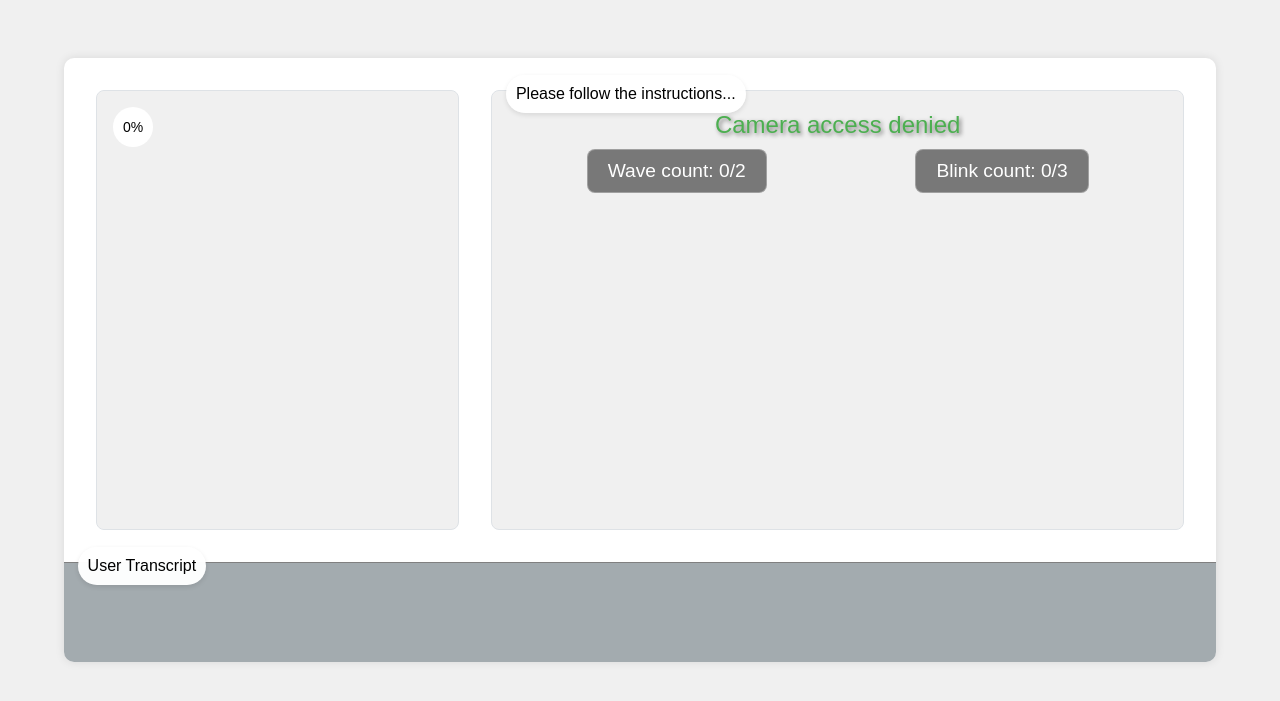
Repository: Ayaanns/E-kyc-BE-project
Page: http://localhost/
An editor plug-in stored every save of this project. The page is shown before and after the next save, followed by the edit.
The browser window is 1280 px wide. The pictures show the whole page.
The page is served by the project's application, run on Django 4.2 (manage.py). A made-up administrator, testuser (Test User, test@example.com), is signed in. Other server files are loaded and not shown.

Above is the page before, as saved 2025-03-02 02:24:17.

### templates/home.html
<!DOCTYPE html>
<html lang="en">
<head>
    {% load static %}
    <meta charset="UTF-8">
    <meta name="viewport" content="width=device-width, initial-scale=1.0">
    <link rel="stylesheet" href="{% static 'styles.css' %}">
    <style>
        .webcam-feed {
            position: relative;
            width: 100%;
            height: auto;
        }

        .webcam-feed video {
            position: relative;
            width: 100%;
            height: auto;
            border-radius: 15px;
            object-fit: cover;
            top: 0;
            left: 0;
            bottom: -1;
        }

        /* Overlay container for status indicators */
        .status-overlay {
            position: absolute;
            top: 0;
            left: 0;
            right: 0;
            z-index: 10;
            padding: 20px;
            /* background: linear-gradient(to bottom, rgba(0,0,0,0.7) 0%, transparent 100%); */
            border-radius: 15px 15px 0 0;
        }

        .status-indicators {
            display: flex;
            justify-content: space-around;
            margin: 10px 0;
            font-size: 1.2em;
        }

        .status-box {
            background: rgba(0,0,0,0.5);
            padding: 10px 20px;
            border-radius: 8px;
            text-align: center;
            color: white;
            border: 1px solid rgba(255,255,255,0.3);
        }

        .verification-message {
            font-size: 1.5em;
            color: #4caf50;
            text-align: center;
            margin: 0 0 10px 0;
            text-shadow: 2px 2px 4px rgba(0,0,0,0.5);
        }

        .questions {
            position: absolute;
            /* bottom: 20px; */
            /* left: 0;
            right: 0; */
            text-align: center;
            color: rgb(0, 0, 0);
            background: rgba(255, 255, 255, 0.973);
            padding: 10px;
            margin: 0 20px;
            /* border-radius: 8px; */
        }
    </style>
</head>
<body>
    <div class="container">
        <div class="content">
            <div class="result-feed">
                <div class="completion-circle" id="completion-circle">0%</div>
            </div>
            <div class="webcam-feed">
                <video id="webcam" autoplay></video>
                <div class="status-overlay">
                    <div class="verification-message" id="messageText">Starting verification...</div>
                    <div class="status-indicators">
                        <div class="status-box">
                            Wave count: <span id="waveCount">0</span>/2
                        </div>
                        <div class="status-box">
                            Blink count: <span id="blinkCount">0</span>/3
                        </div>
                    </div>
                </div>
                <canvas id="canvasElement" style="display:none;"></canvas>
                <div class="questions" id="questions">Please follow the instructions...</div>
            </div>
        </div>
        <div class="transcript-section">
            <span class="questions">User Transcript</span>
            <p id="transcript"></p>
        </div>
    </div>

    <script>
        // Existing initialization code
        const video = document.getElementById('webcam');
        const canvas = document.getElementById('canvasElement');
        const ctx = canvas.getContext('2d');
        let verificationComplete = false;

        // Initialize webcam with human verification
        async function initCamera() {
            try {
                const stream = await navigator.mediaDevices.getUserMedia({ video: true });
                video.srcObject = stream;
                startVerificationProcess();
            } catch (err) {
                console.error("Error accessing camera:", err);
                document.getElementById('messageText').textContent = "Camera access denied";
            }
        }

        // Process frames for verification
        function processFrame() {
            if (verificationComplete) return;

            if (video.readyState === video.HAVE_ENOUGH_DATA) {
                canvas.width = video.videoWidth;
                canvas.height = video.videoHeight;
                ctx.drawImage(video, 0, 0);

                const frameData = canvas.toDataURL('image/jpeg');

                // Update the fetch URL to match the Django URL pattern
                fetch('{% url "process_frame" %}', {
                    method: 'POST',
                    headers: {
                        'Content-Type': 'application/json',
                        'X-CSRFToken': getCookie('csrftoken')
                    },
                    body: JSON.stringify({
                        frame: frameData
                    })
                })
                .then(response => response.json())
                .then(data => {
                    updateVerificationUI(data);
                    if (!data.phase_complete) {
                        requestAnimationFrame(processFrame);
                    }
                })
                .catch(err => {
                    console.error("Error:", err);
                    requestAnimationFrame(processFrame);
                });
            } else {
                requestAnimationFrame(processFrame);
            }
        }

        // Update UI with verification status
        function updateVerificationUI(data) {
            document.getElementById('messageText').textContent = data.message;
            document.getElementById('waveCount').textContent = data.wave_count;
            document.getElementById('blinkCount').textContent = data.blink_count;

            // Calculate completion percentage
            const totalSteps = 5; // 2 waves + 3 blinks
            const completedSteps = data.wave_count + data.blink_count;
            const percentage = Math.round((completedSteps / totalSteps) * 100);
            updateProgressCircle(percentage);

            if (data.phase_complete) {
                verificationComplete = true;
                startNLPProcess();
            }
        }

        // Existing helper functions
        function updateProgressCircle(percentage) {
            const circle = document.getElementById('completion-circle');
            circle.textContent = percentage + '%';
            circle.style.background = `conic-gradient(#4caf50 ${percentage * 3.6}deg, #ddd ${percentage * 3.6}deg)`;
        }

        function updateTranscript(data) {
            const transcript = document.getElementById('transcript');
            transcript.textContent = `First Name: ${data.first_name}, Last Name: ${data.last_name}, Age: ${data.age}, Phone: ${data.phone}`;
        }

        function askQuestion(question) {
            const questionsDiv = document.getElementById('questions');
            questionsDiv.textContent = question;
        }

        function startVerificationProcess() {
            document.getElementById('messageText').textContent = "Wave your hand to begin";
            processFrame();
        }

        // Modified startNLPProcess
        function startNLPProcess() {
            document.getElementById('messageText').textContent = "Verification complete! Starting voice recognition...";
            fetch('/nlp_process/')
                .then(response => response.json())
                .then(data => {
                    if (data.status === 'success') {
                        updateTranscript(data);
                        askQuestion("NLP process complete.");
                    } else {
                        askQuestion("NLP process failed.");
                    }
                })
                .catch(error => console.error('Error:', error));
        }

        // Get CSRF token
        function getCookie(name) {
            let cookieValue = null;
            if (document.cookie && document.cookie !== '') {
                const cookies = document.cookie.split(';');
                for (let i = 0; i < cookies.length; i++) {
                    const cookie = cookies[i].trim();
                    if (cookie.substring(0, name.length + 1) === (name + '=')) {
                        cookieValue = decodeURIComponent(cookie.substring(name.length + 1));
                        break;
                    }
                }
            }
            return cookieValue;
        }

        // Start the process
        document.addEventListener('DOMContentLoaded', (event) => {
            initCamera();
        });
    </script>
</body>
</html>

### ekyc/models.py
from django.db import models
from django.contrib.auth.models import AbstractBaseUser, PermissionsMixin, BaseUserManager
from django.utils import timezone
import random

class CustomUserManager(BaseUserManager):
    def create_user(self, email, username, password=None, **extra_fields):
        if not email:
            raise ValueError("The Email field must be set")
        email = self.normalize_email(email)
        user = self.model(email=email, username=username, **extra_fields)
        user.set_password(password)
        user.save(using=self._db)
        return user

    def create_superuser(self, email, username, password=None, **extra_fields):
        #extra_fields.setdefault('is_staff', True)
        extra_fields.setdefault('is_superuser', True)

        # if not extra_fields.get('is_staff'):
        #     raise ValueError("Superuser must have is_staff=True.")
        if not extra_fields.get('is_superuser'):
            raise ValueError("Superuser must have is_superuser=True.")

        return self.create_user(email, username, password, **extra_fields)

class CustomUser(AbstractBaseUser, PermissionsMixin):
    email = models.EmailField(unique=True)
    username = models.CharField(max_length=150, unique=True)
    is_active = models.BooleanField(default=True)
    pin = models.CharField(max_length=6)
    created_at = models.DateTimeField(auto_now_add=True)
    expires_at = models.DateTimeField(default=timezone.now)
    is_verified = models.BooleanField(default=True)

    objects = CustomUserManager()

    USERNAME_FIELD = 'email'
    REQUIRED_FIELDS = ['username']

    def __str__(self):
        return self.email


    def generate_pin(self):
        self.pin = str(random.randint(100000, 999999))
        self.expires_at = timezone.now() + timezone.timedelta(minutes=2)
        self.save()
        return self.pin

    def verify_pin(self, entered_pin):
        if timezone.now() > self.expires_at:
            return False, "PIN has Expired!"

        if self.pin != entered_pin:
            return False, "Incorrect PIN!"

        self.is_verified = True
        self.save()
        return True, "Email Successfully Verified!"


#models for sending the code and receving the code.
# class SendCode(models.Model): #for sending the code
#     email = models.OneToOneField(CustomUser, null=True, on_delete=models.CASCADE)
#     send_code = models.CharField(max_length=20)
#
#     def __str__(self):
#         return self.send_code
#
# class ReceivedCode(models.Model): #for sending the code
#     email = models.OneToOneField(CustomUser, null=True, on_delete=models.CASCADE)
#     receive_code = models.CharField(max_length=20)
#
#     def __str__(self):
#         return self.receive_code

# Create your models here.
class KYCSession(models.Model):
    name = models.CharField(max_length=100)
    birth_date = models.DateField()
    id_card_image = models.ImageField(upload_to='id_cards/')
    liveness_score = models.FloatField()
    result = models.TextField()
    created_at = models.DateTimeField(auto_now_add=True)

    def __str__(self):
        return self.name

### ekyc_project/urls.py
"""
URL configuration for ekyc_project project.

The `urlpatterns` list routes URLs to views. For more information please see:
    https://docs.djangoproject.com/en/4.2/topics/http/urls/
Examples:
Function views
    1. Add an import:  from my_app import views
    2. Add a URL to urlpatterns:  path('', views.home, name='home')
Class-based views
    1. Add an import:  from other_app.views import Home
    2. Add a URL to urlpatterns:  path('', Home.as_view(), name='home')
Including another URLconf
    1. Import the include() function: from django.urls import include, path
    2. Add a URL to urlpatterns:  path('blog/', include('blog.urls'))
"""

from django.contrib import admin
from django.urls import path, include

urlpatterns = [
    path("admin/", admin.site.urls),
    path('', include('ekyc.urls')),  # Include ekyc app URLs
]

### ekyc/urls.py
from django.urls import path
from . import views

urlpatterns = [
    path('', views.ekyc_home, name="ekyc_home"),
    path('process_video/', views.process_video, name="process_video"),
    path('process_id_card/', views.process_id_card, name="process_id_card"),
    path('human_verification/', views.human_verification, name='human_verification'),
    path('nlp_process/', views.nlp_process, name='nlp_process'),
    path('ocr_process/', views.ocr_process, name='ocr_process'),
    path('process_frame/', views.process_frame, name='process_frame'),
    path('capture_photo/', views.capture_photo, name='capture_photo'),

    #login related routes
    path('login/', views.Login.as_view(), name="login"),
    path('signup/', views.signup_view, name="signup"),
    path('verify/', views.verify_pin, name="verify_pin"),
]

### ekyc/static/styles.css
* {
    margin: 0;
    padding: 0;
    box-sizing: border-box;
}

body {
    font-family: Arial, sans-serif;
    background-color: #f0f0f0;
    height: 100vh;
    display: flex;
    justify-content: center;
    align-items: center;
}

.container {
    width: 90%;
    max-width: 1200px;
    background: white;
    border-radius: 10px;
    box-shadow: 0 0 10px rgba(0,0,0,0.1);
    overflow: hidden;
}

.navbar {
    background: #f8f9fa;
    padding: 1rem;
    border-bottom: 1px solid #dee2e6;
}

.content {
    display: flex;
    padding: 2rem;
    gap: 2rem;
    height: 70vh;
}

.webcam-feed {
    flex: 2;
    background: #f0f0f0;
    border-radius: 8px;
    padding: 1rem;
    position: relative;
    border: 1px solid#dee2e6;
}

.result-feed {
    flex: 1;
    background: #f0f0f0;
    border-radius: 8px;
    padding: 1rem;
    border: 1px solid#dee2e6;
}

.questions {
    top: -1em;
    left: -.4em;
    position: absolute;
    background: white;
    padding: 0.5rem 1rem;
    border-radius: 20px;
    box-shadow: 0 2px 5px rgba(0,0,0,0.1);
}

.transcript-section {
    border-top: 1px solid gray;
    position: relative;
    text-align: left;
    background-color:#a3abaf;
    padding: 2em;
    height: 100px;
}

.completion-circle {
    right: 20px;
    bottom: 20px;
    width: 40px;
    height: 40px;
    border-radius: 50%;
    background: white;
    display: flex;
    align-items: center;
    justify-content: center;
    font-size: 14px;
}

/* Placeholder circles for demo */
/*
.circle {
    width: 100px;
    height: 100px;
    border-radius: 50%;
    border: 2px solid #dee2e6;
    margin: 20px auto;
}

.eye-shape {
    width: 200px;
    height: 100px;
    border-radius: 0 0 100px 100px;
    border: 2px solid #dee2e6;
    margin: 20px auto;
    transform: rotate(180deg);
}
*/

Loaded but not shown: ekyc/views.py (255 lines, source omitted)

After the next save:
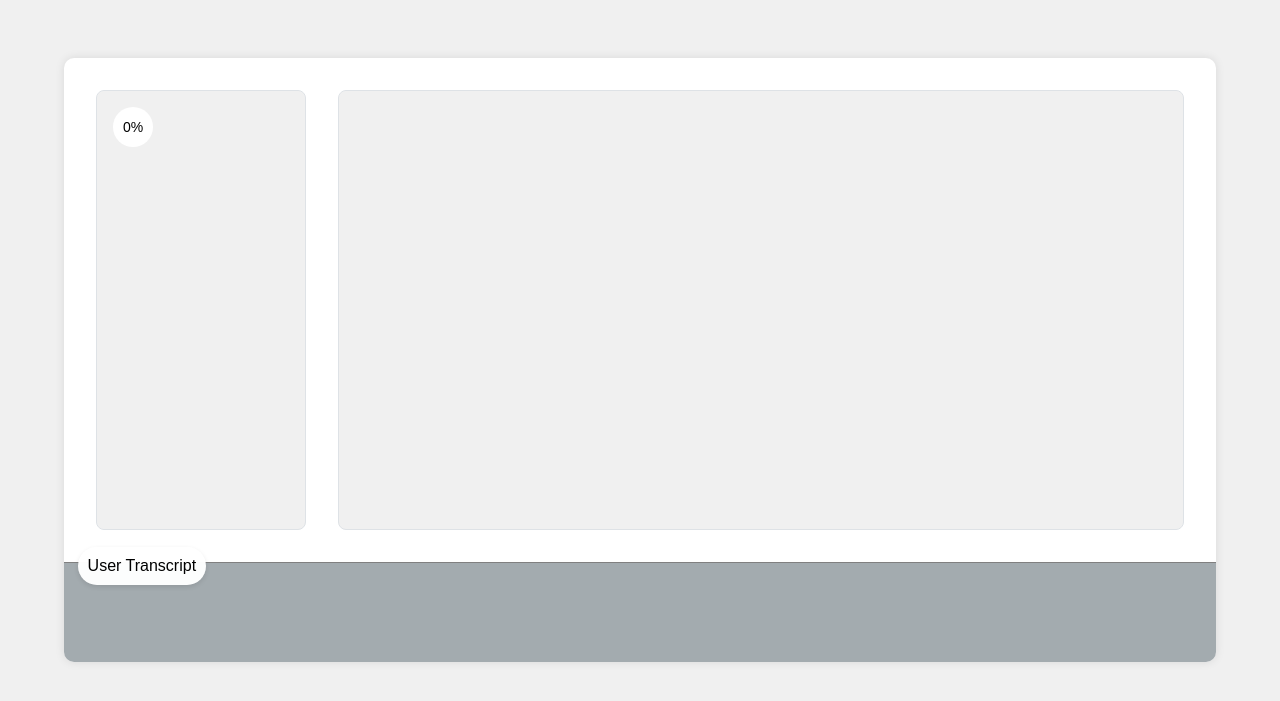
Saved 4 min 1 s later.
--- a/templates/home.html
+++ b/templates/home.html
@@ -18,9 +18,6 @@
             height: auto;
             border-radius: 15px;
             object-fit: cover;
-            top: 0;
-            left: 0;
-            bottom: -1;
         }
 
         /* Overlay container for status indicators */
@@ -79,8 +76,8 @@
             <div class="result-feed">
                 <div class="completion-circle" id="completion-circle">0%</div>
             </div>
-            <div class="webcam-feed">
-                <video id="webcam" autoplay></video>
+            <video class="webcam-feed" id="webcam" autoplay>
+                <!-- <video id="webcam" autoplay></video> -->
                 <div class="status-overlay">
                     <div class="verification-message" id="messageText">Starting verification...</div>
                     <div class="status-indicators">
@@ -94,7 +91,7 @@
                 </div>
                 <canvas id="canvasElement" style="display:none;"></canvas>
                 <div class="questions" id="questions">Please follow the instructions...</div>
-            </div>
+            </video>
         </div>
         <div class="transcript-section">
             <span class="questions">User Transcript</span>

After the 5 saves that followed:
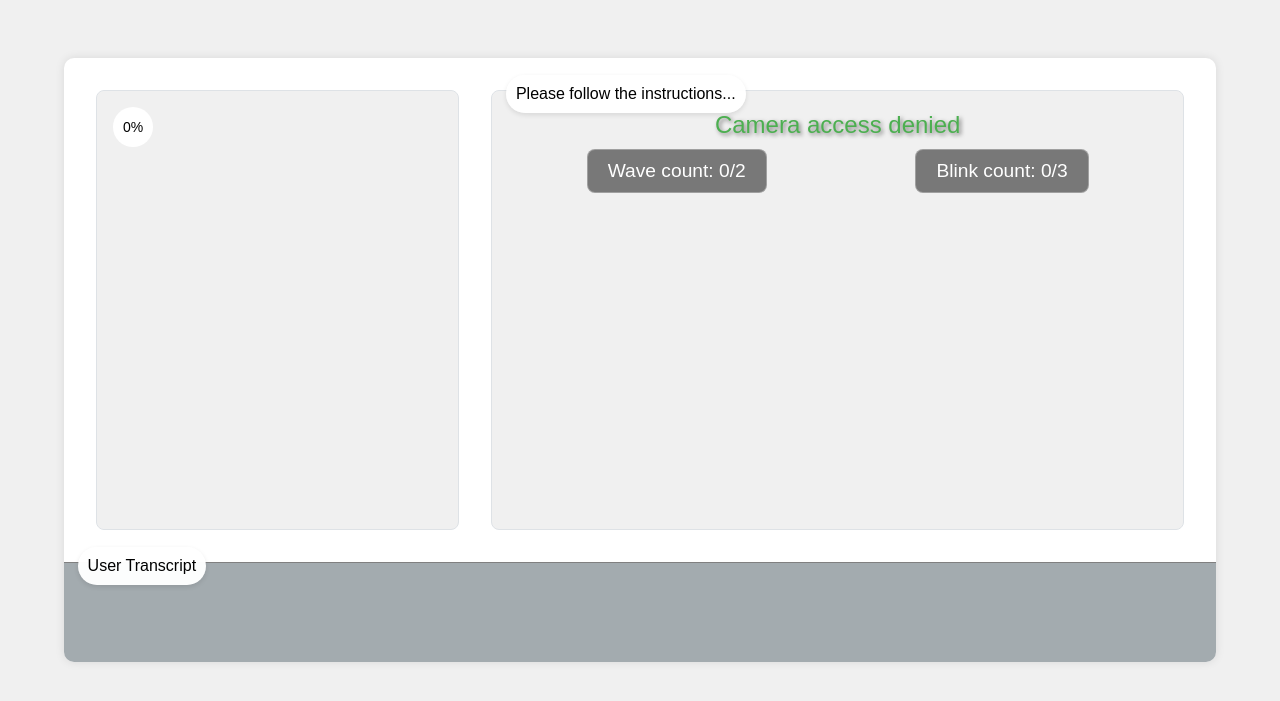
The 5 saves are shown as one change because 3 left the picture as it was and some came seconds apart.
The last was saved 109 s later.
--- a/templates/home.html
+++ b/templates/home.html
@@ -13,7 +13,7 @@
         }
 
         .webcam-feed video {
-            position: relative;
+            position: absolute;
             width: 100%;
             height: auto;
             border-radius: 15px;
@@ -76,8 +76,8 @@
             <div class="result-feed">
                 <div class="completion-circle" id="completion-circle">0%</div>
             </div>
-            <video class="webcam-feed" id="webcam" autoplay>
-                <!-- <video id="webcam" autoplay></video> -->
+            <div class="webcam-feed">
+                <video id="webcam" autoplay></video>
                 <div class="status-overlay">
                     <div class="verification-message" id="messageText">Starting verification...</div>
                     <div class="status-indicators">
@@ -91,7 +91,7 @@
                 </div>
                 <canvas id="canvasElement" style="display:none;"></canvas>
                 <div class="questions" id="questions">Please follow the instructions...</div>
-            </video>
+            </div>
         </div>
         <div class="transcript-section">
             <span class="questions">User Transcript</span>
